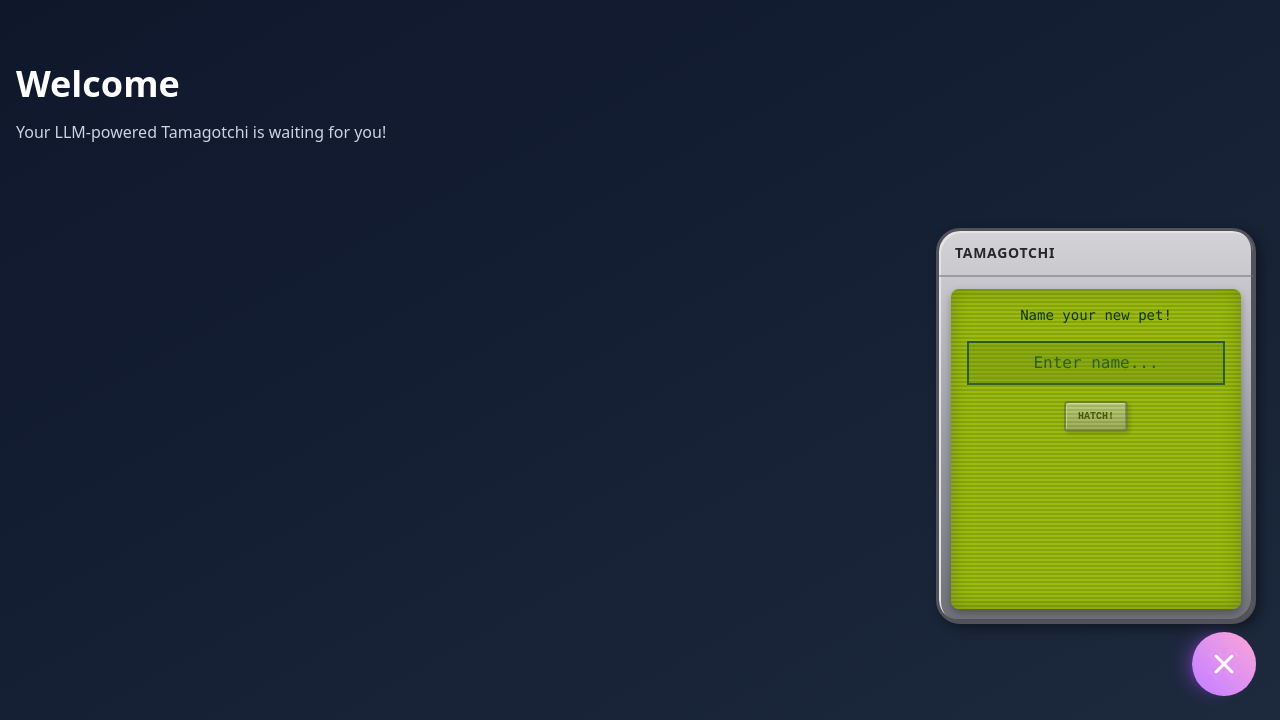
Repository: kttalley/local-llm-tamagotchi
Page: /
The author's editor kept a copy of each file at every save. The page is drawn from the files as they stood at one save, then again after the next save.
The browser window is 1280 px wide. The pictures show the whole page.
The page's requests for data from a server got no answer. The project was rebuilt for these pictures with package versions that can differ from the ones it lists, and the page was loaded fresh each time. No one was signed in, and anything a server would have sent is missing. Also part of the build but not shown: vite.config.ts, src/components/PetDisplay/index.tsx, src/components/StatsBar/index.jsx, src/services/ollama.ts, src/components/ActionButtons/index.jsx, src/components/ChatBubble/index.tsx.

Above is the page before, as saved 2026-01-12 18:55:22.

After the next save:
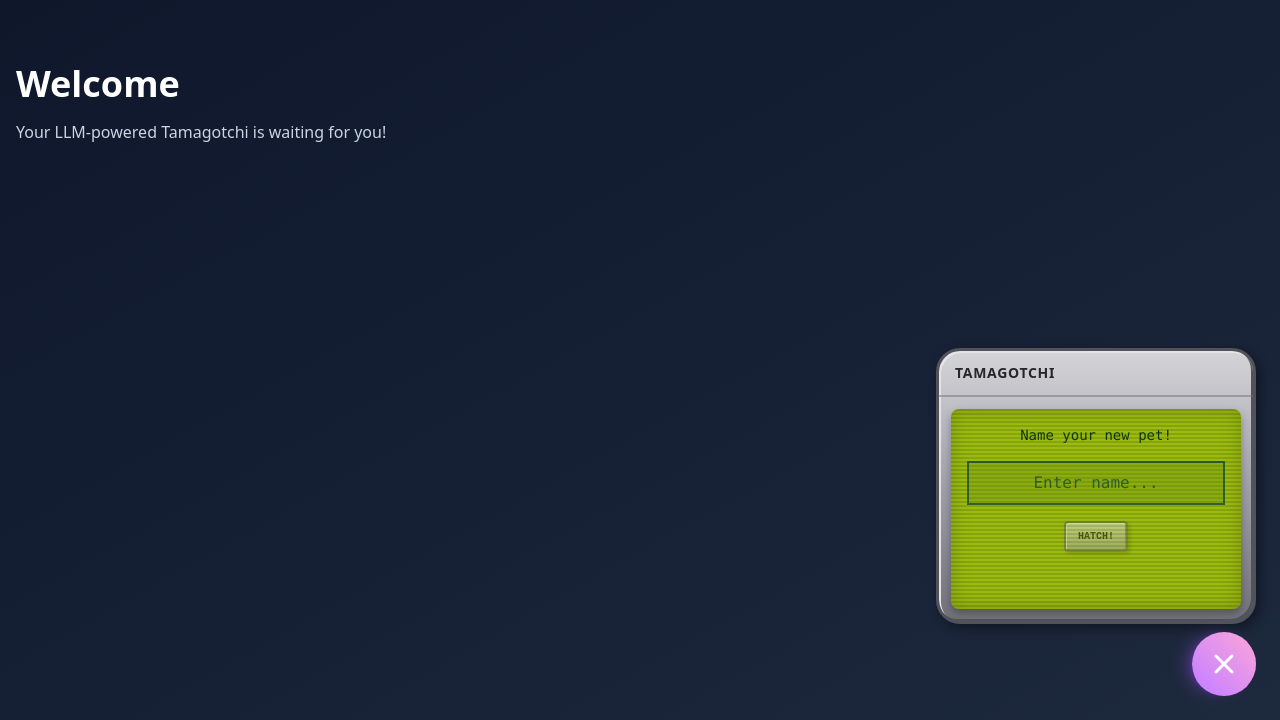
Saved 83 s later.
--- a/src/components/TamagotchiWidget/index.tsx
+++ b/src/components/TamagotchiWidget/index.tsx
@@ -69,7 +69,7 @@
       </div>
 
       {/* LCD Screen */}
-      <div className="m-3 p-4 lcd-screen relative overflow-hidden min-h-[320px]">
+      <div className="m-3 p-4 lcd-screen relative overflow-hidden min-h-[200px]">
         <div className="scanlines">
           {!pet ? (
             // Create Pet Form
